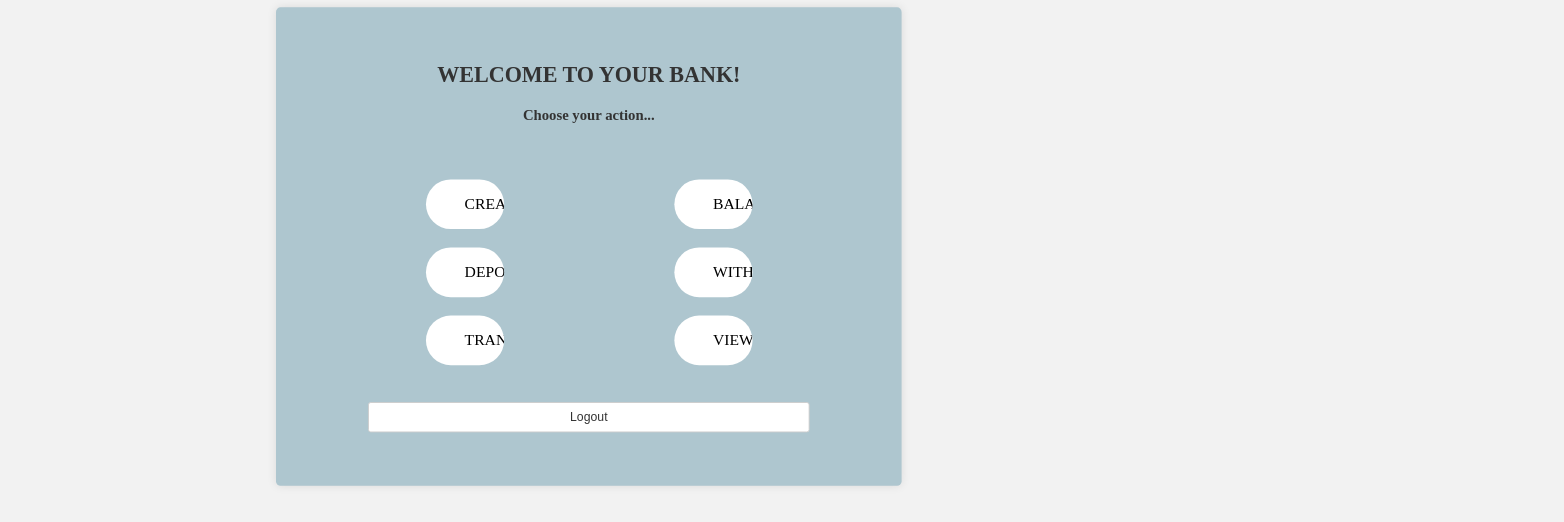
Repository: mansistic-0n3/Java_IGT
Page: Java Project/BankServlet/src/main/webapp/Home.html
An editor plug-in stored every save of this project. The page is shown before and after the next save, followed by the edit.
The browser window is 1280 px wide. The page is 1280 px wide, then 1700 px, so the pictures cover 1700 px, including what lies to the right of the window. The pictures show the whole page, at 92% of full size.

Above is the page before, as saved 2023-07-03 06:32:56.

After the next save:
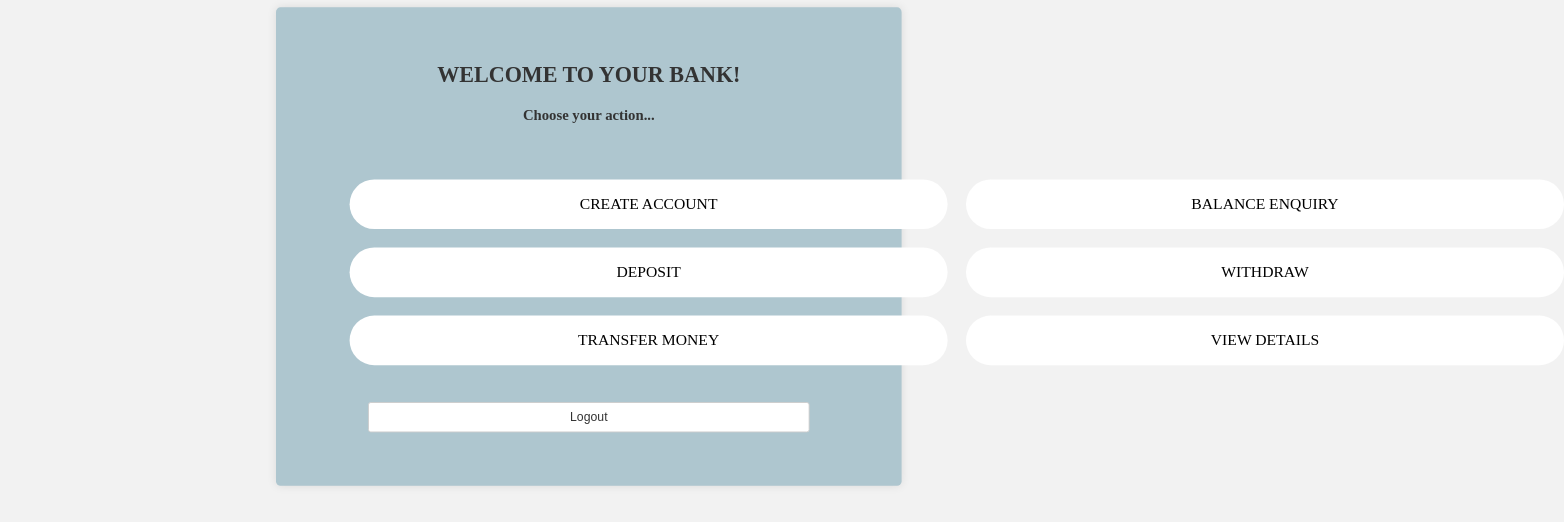
Saved 21 s later.
--- a/Java Project/BankServlet/src/main/webapp/Home.html
+++ b/Java Project/BankServlet/src/main/webapp/Home.html
@@ -20,7 +20,7 @@
   .btn {
  position: relative;
  font-size: 17px;
- width:65px;
+ width:650px;
  text-transform: uppercase;
  text-decoration: none;
  padding: 1em 2.5em;
